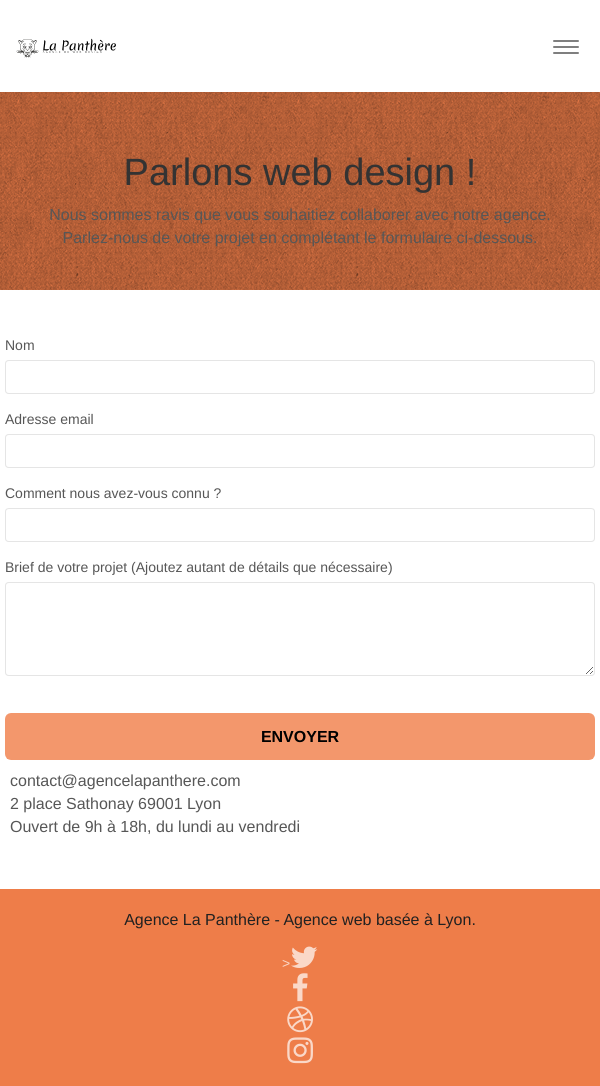
Repository: EtudianteHU/Uyarci_Hilal_4_code_012023
Page: page2.html
The author's editor kept a copy of each file at every save. The page is drawn from the files as they stood at one save, then again after the next save.
The browser window is 600 px wide. The pictures show the whole page.

Above is the page before, as saved 2023-02-28 23:39:30.

After the next save:
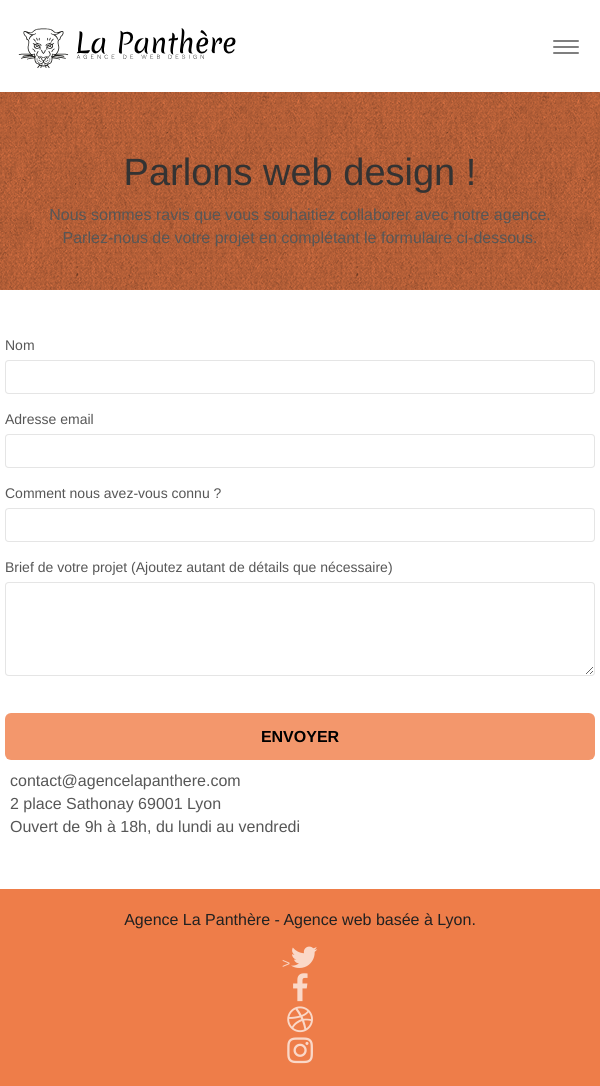
Saved 62 s later.
--- a/style.css
+++ b/style.css
@@ -972,8 +972,7 @@ h4 {
         box-shadow: none;
     }
     .navbar-brand img {
-        max-height: 40px;
-        width: 40px;
+        width: 100%;
     }
     .nav-invert .navbar-header {
         float: none;
